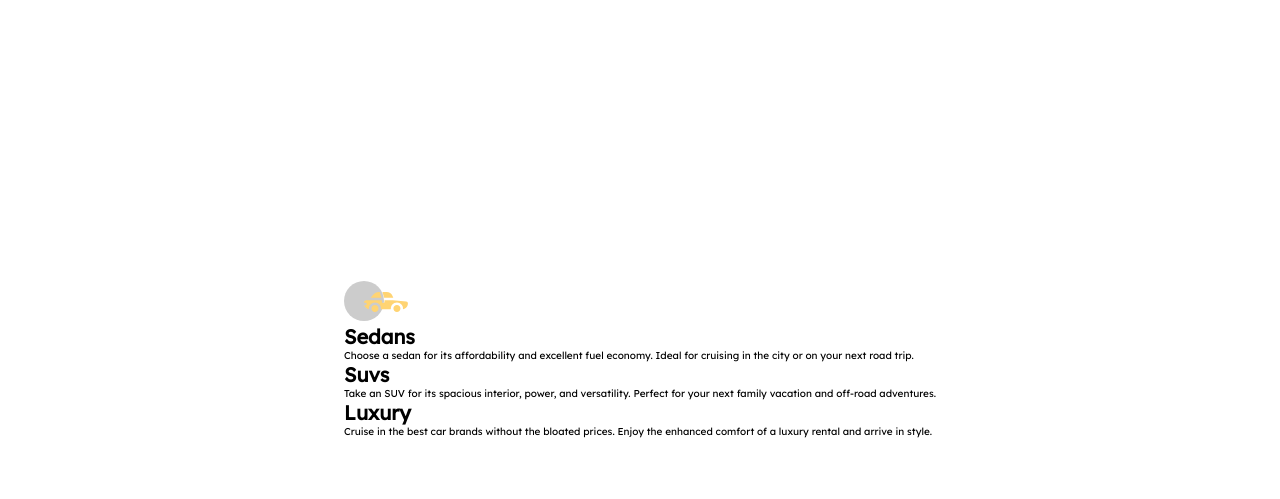
Repository: thaibaocoder1/3-column-card
Page: index.html
The author's editor kept a copy of each file at every save. The page is drawn from the files as they stood at one save, then again after the next save.
The browser window is 1280 px wide. The pictures show the whole page.

Above is the page before, as saved 2023-01-11 20:44:34.

After the next save:
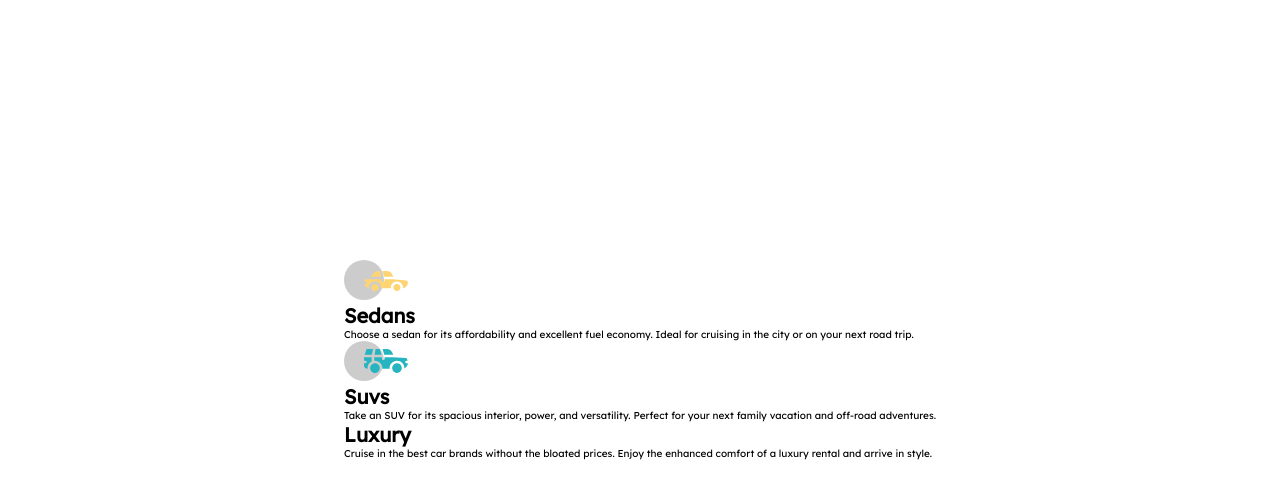
Saved 17 s later.
--- a/index.html
+++ b/index.html
@@ -21,6 +21,7 @@
     </div>
 
     <div class="container__box">
+      <img src="./images/icon-suvs.svg" alt="" class="container--image">
       <h1 class="container--heading">Suvs</h1>
       Take an SUV for its spacious interior, power, and versatility. Perfect for your next family vacation
       and off-road adventures.
